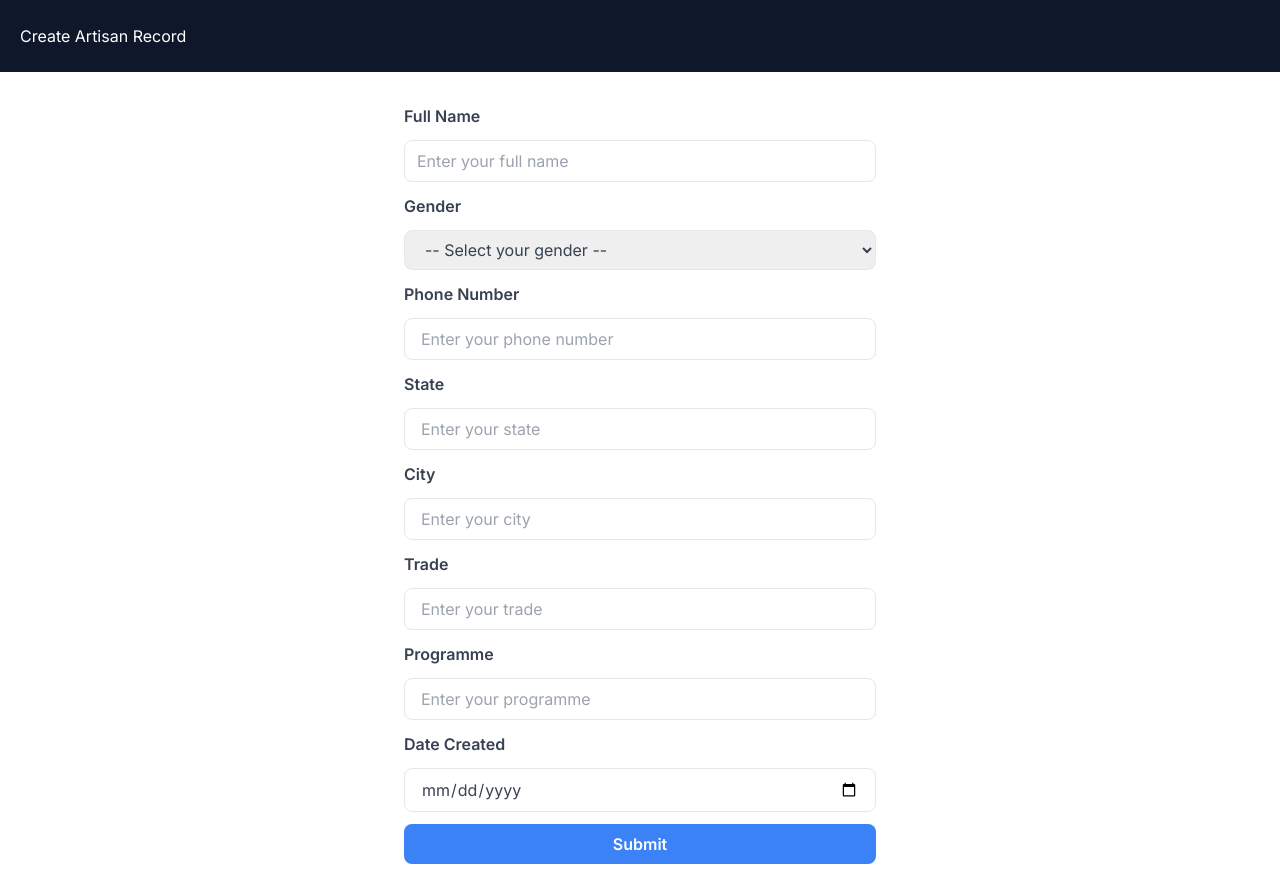
Repository: marcusdashe/artisanindex_frontend
Page: /components/CreateArtisan
An editor plug-in stored every save of this project. The page is shown before and after the next save, followed by the edit.
The browser window is 1280 px wide. The pictures show the whole page.
The project was rebuilt for these pictures with package versions that can differ from the ones it lists, and the page was loaded fresh each time. The framework's server and built-in components were replaced by stand-ins that run in the browser. Also part of the build but not shown: next.config.js.

Above is the page before, as saved 2023-03-09 11:26:23.

### pages/_app.js
import "@/styles/globals.css";
import "core-js/stable";
import "regenerator-runtime/runtime";

export default function App({ Component, pageProps }) {
  return <Component {...pageProps} />;
}

### pages/_document.js
import { Html, Head, Main, NextScript } from "next/document";

export default function Document() {
  return (
    <Html lang="en">
      <Head>
        <link rel="preconnect" href="https://fonts.googleapis.com" />
        <link
          rel="preconnect"
          href="https://fonts.gstatic.com"
          crossOrigin="true"
        />
        <link
          href="https://fonts.googleapis.com/css2?family=Inter:wght@100;200;300;400;500;600&display=swap"
          rel="stylesheet"
        />
      </Head>
      <body>
        <Main />
        <NextScript />
      </body>
    </Html>
  );
}

### pages/components/CreateArtisan.js
import React, { useState } from "react";
import axios from "axios";

function ViewArtisanDataScreen() {
  const [formData, setFormData] = useState({
    city: "",
    created: "",
    fullName: "",
    gender: "",
    phoneNumber: "",
    state: "",
    trade: "",
    programme: "",
  });

  const handleInputChange = (event) => {
    const { name, value } = event.target;
    setFormData({ ...formData, [name]: value });
  };

  const handleSubmit = (event) => {
    event.preventDefault();
    console.log(formData);
  };

  return (
    <div className="w-full h-[100vh]">
      <div className="w-full h-[10vh] bg-slate-900 flex items-center content-center justify-start text-white p-5">
        Create Artisan Record
      </div>
      <div className="flex-1 bg-white flex items-center justify-center">
        <div className="max-w-lg w-full px-5 py-8">
          <form onSubmit={handleSubmit} className="grid grid-cols-1 gap-3">
            <label htmlFor="fullName" className="text-gray-700 font-bold">
              Full Name
            </label>
            <input
              type="text"
              id="fullName"
              name="fullName"
              value={formData.fullName}
              onChange={handleInputChange}
              placeholder="Enter your full name"
              className="px-3 py-2 border rounded-lg text-gray-700 focus:outline-none focus:border-blue-500 focus:shadow-outline-blue"
              required
            />

            <label htmlFor="gender" className="text-gray-700 font-bold">
              Gender
            </label>
            <select
              id="gender"
              name="gender"
              value={formData.gender}
              onChange={handleInputChange}
              className="px-4 py-2 border rounded-lg text-gray-700 focus:outline-none focus:border-blue-500 focus:shadow-outline-blue"
              required
            >
              <option value="">-- Select your gender --</option>
              <option value="Male">Male</option>
              <option value="Female">Female</option>
            </select>

            <label htmlFor="phoneNumber" className="text-gray-700 font-bold">
              Phone Number
            </label>
            <input
              type="tel"
              id="phoneNumber"
              name="phoneNumber"
              value={formData.phoneNumber}
              onChange={handleInputChange}
              placeholder="Enter your phone number"
              className="px-4 py-2 border rounded-lg text-gray-700 focus:outline-none focus:border-blue-500 focus:shadow-outline-blue"
              required
            />

            <label htmlFor="state" className="text-gray-700 font-bold">
              State
            </label>
            <input
              type="text"
              id="state"
              name="state"
              value={formData.state}
              onChange={handleInputChange}
              placeholder="Enter your state"
              className="px-4 py-2 border rounded-lg text-gray-700 focus:outline-none focus:border-blue-500 focus:shadow-outline-blue"
              required
            />

            <label htmlFor="city" className="text-gray-700 font-bold">
              City
            </label>
            <input
              type="text"
              id="city"
              name="city"
              value={formData.city}
              onChange={handleInputChange}
              placeholder="Enter your city"
              className="px-4 py-2 border rounded-lg text-gray-700 focus:outline-none focus:border-blue-500 focus:shadow-outline-blue"
              required
            />

            <label htmlFor="trade" className="text-gray-700 font-bold">
              Trade
            </label>
            <input
              type="text"
              id="trade"
              name="trade"
              value={formData.trade}
              onChange={handleInputChange}
              placeholder="Enter your trade"
              className="px-4 py-2 border rounded-lg text-gray-700 focus:outline-none focus:border-blue-500 focus:shadow-outline-blue"
              required
            />
            <label htmlFor="programme" className="text-gray-700 font-bold">
              Programme
            </label>
            <input
              type="text"
              id="programme"
              name="programme"
              value={formData.programme}
              onChange={handleInputChange}
              placeholder="Enter your programme"
              className="px-4 py-2 border rounded-lg text-gray-700 focus:outline-none focus:border-blue-500 focus:shadow-outline-blue"
              required
            />

            <label htmlFor="created" className="text-gray-700 font-bold">
              Date Created
            </label>
            <input
              type="date"
              id="created"
              name="created"
              value={formData.created}
              onChange={handleInputChange}
              className="px-4 py-2 border rounded-lg text-gray-700 focus:outline-none focus:border-blue-500 focus:shadow-outline-blue"
              required
            />

            <button
              type="submit"
              className="px-4 py-2 bg-blue-500 text-white font-semibold rounded-lg hover:bg-blue-700"
            >
              Submit
            </button>
          </form>
        </div>
      </div>
    </div>
  );
}

export default ViewArtisanDataScreen;

### styles/globals.css
@tailwind base;
@tailwind components;
@tailwind utilities;

@layer base {
  html {
    font-family: "Inter", sans-serif;
  }
}

### tailwind.config.js
/** @type {import('tailwindcss').Config} */

module.exports = {
  content: [
    "./pages/**/*.{js,ts,jsx,tsx}",
    "./components/**/*.{js,ts,jsx,tsx}",
  ],
  theme: {
    extend: {},
  },
  plugins: [],
};

After the next save:
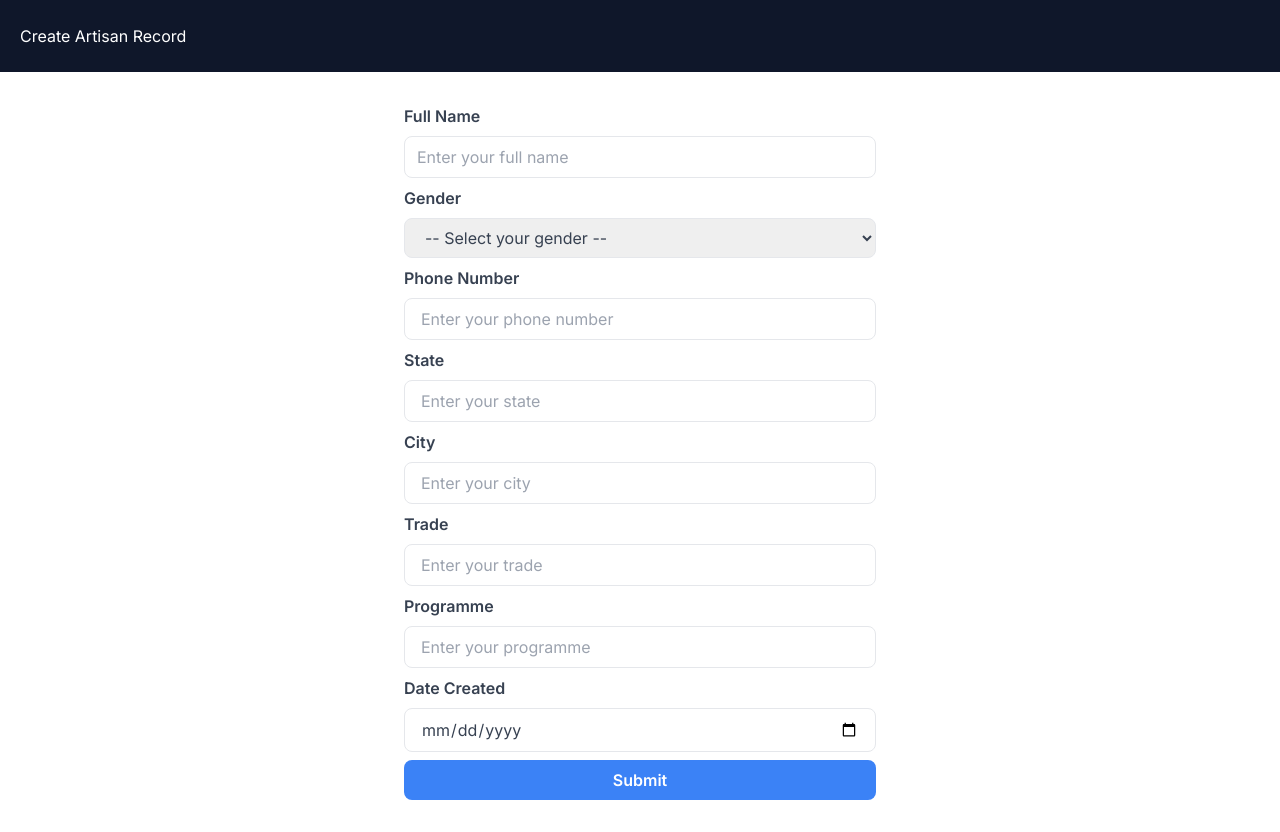
Saved 11 s later.
--- a/pages/components/CreateArtisan.js
+++ b/pages/components/CreateArtisan.js
@@ -30,7 +30,7 @@ function ViewArtisanDataScreen() {
       </div>
       <div className="flex-1 bg-white flex items-center justify-center">
         <div className="max-w-lg w-full px-5 py-8">
-          <form onSubmit={handleSubmit} className="grid grid-cols-1 gap-3">
+          <form onSubmit={handleSubmit} className="grid grid-cols-1 gap-2">
             <label htmlFor="fullName" className="text-gray-700 font-bold">
               Full Name
             </label>
